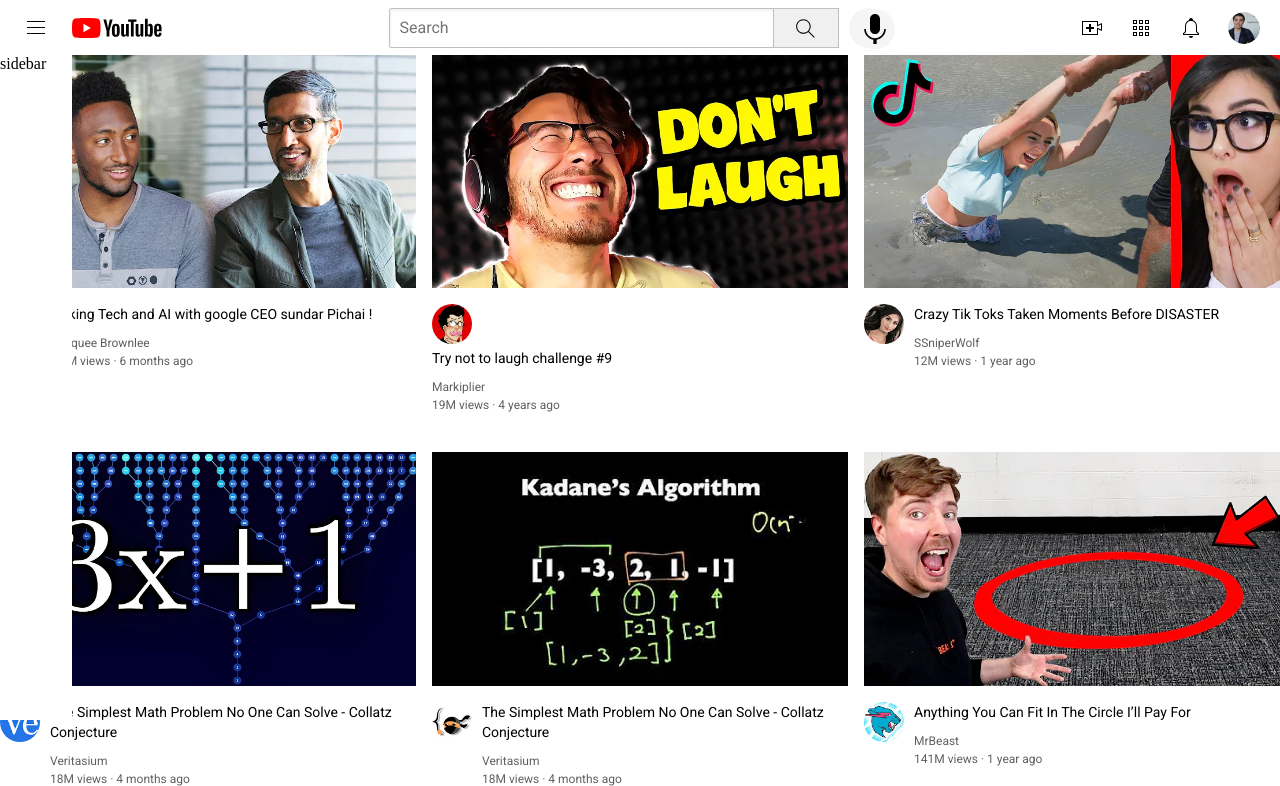
Repository: knowledgeAlan/html-css-fourteen
Page: youtube.html
These files come from the project's save history. The page is drawn as it stood at one moment and after the next save; the edit follows.
The browser window is 1280 px wide. The pictures show the whole page.

Above is the page before, as saved 2024-03-22 18:28:40.

After the next save:
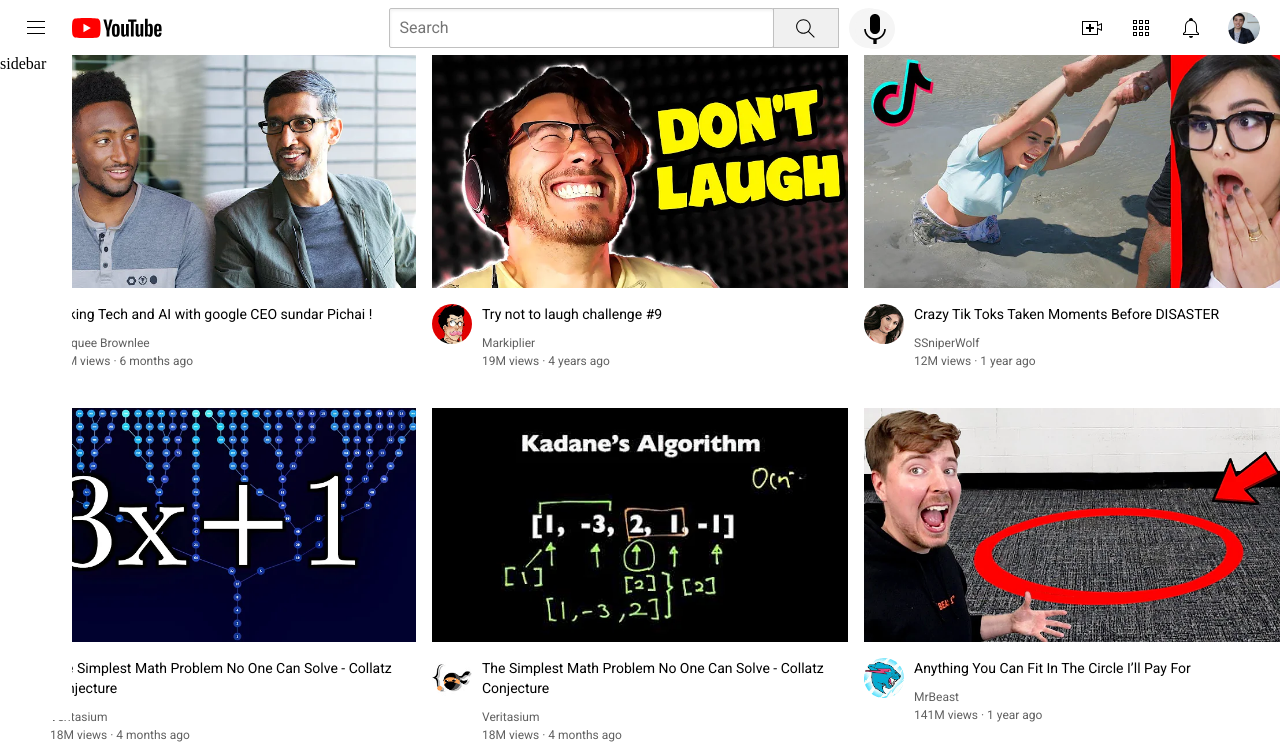
Saved 16 days later.
--- a/youtube.html
+++ b/youtube.html
@@ -92,7 +92,7 @@
 
                     </div>
 
-                    <div class="=video-info-grid">
+                    <div class="video-info-grid">
                         <div class="channel-picture">
                             <img class="profile-picture" src="channel-pictures/channel-2.jpeg">
                         </div>
